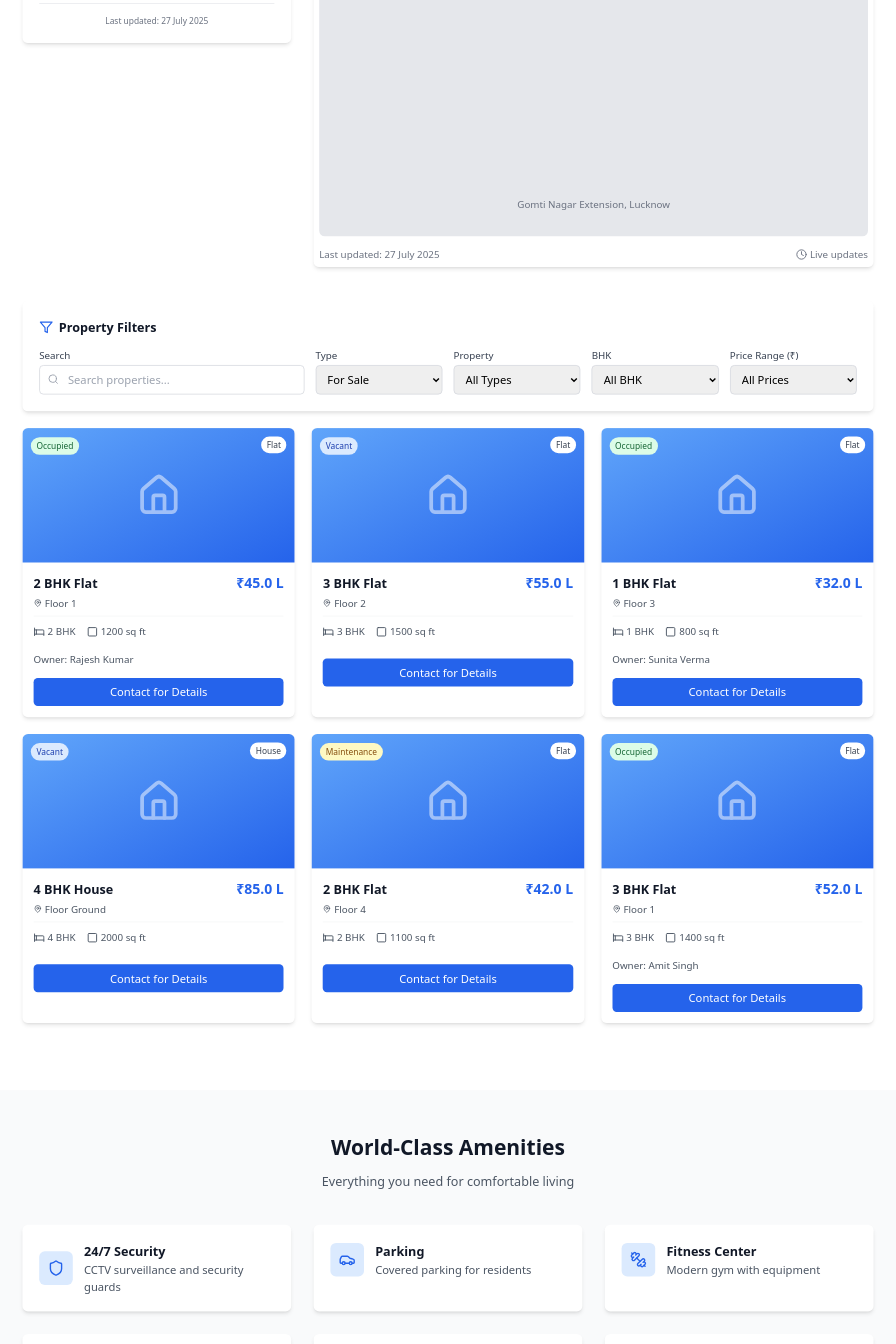
Repository: GauraVPandeyyy/HouseHub
Page: /
An editor plug-in stored every save of this project. The page is shown before and after a run of saves, followed by the edit.
The browser window is 1280 px wide. The pictures show the part of the page from y = 972 to 2892 px (the page is 4057 px tall before and 3986 px after), at 70% of full size.
Pictures or frames that could not be fetched are drawn as grey boxes. The project was rebuilt for these pictures with package versions that can differ from the ones it lists, and the page was loaded fresh each time. Also part of the build but not shown: vite.config.ts, src/components/Auth/LoginModal.tsx, src/components/Dashboard/ResidentDashboard.tsx, src/components/Dashboard/ManagerDashboard.tsx.

Above is the page before, as saved 2025-07-27 12:01:35.

After the next 2 saves:
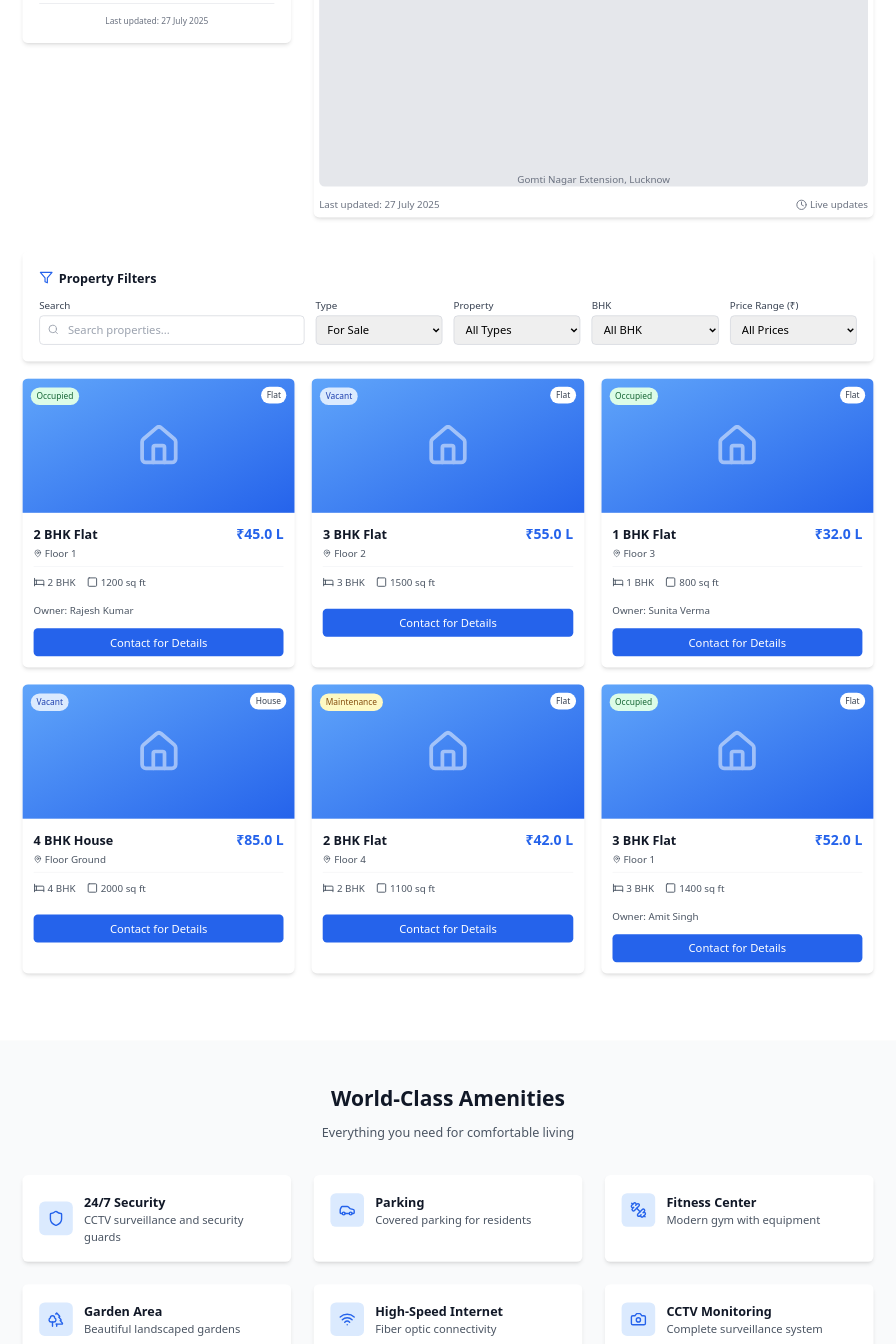
The 2 saves are shown as one change because they came seconds apart.
The last was saved 24 s later.
--- a/src/components/LandingPage.tsx
+++ b/src/components/LandingPage.tsx
@@ -98,7 +98,7 @@ export default function LandingPage() {
               {/* Google Maps Placeholder */}
               <div className="bg-white rounded-lg shadow-md p-2">
                 <h3 className="text-lg font-semibold text-gray-900 mb-4">Location</h3>
-                <div className="aspect-video bg-gray-200 rounded-lg flex items-center justify-center">
+                <div className="bg-gray-200 rounded-lg flex items-center justify-center">
                   <div className="text-center">
 
                     <iframe
